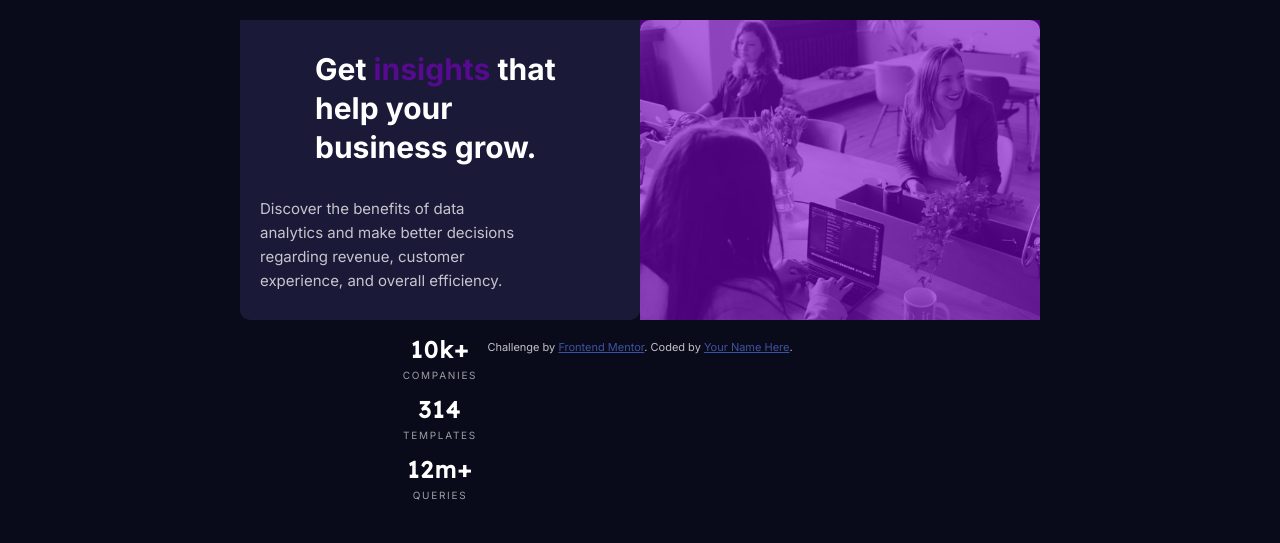
Repository: DejV44/stats-preview-card-component-main
Page: index.html
These files come from the project's save history. The page is drawn as it stood at one moment and after the next save; the edit follows.
The browser window is 1280 px wide. The pictures show the whole page.
The style sheet was rebuilt from its Sass, Less or Tailwind sources for each picture, by a compiler version that may differ from the author's.

Above is the page before, as saved 2021-07-09 13:02:46.

### index.html
<!DOCTYPE html>
<html lang="en">
<head>
  <meta charset="UTF-8">
  <meta name="viewport" content="width=device-width, initial-scale=1.0"> <!-- displays site properly based on user's device -->

  <link rel="icon" type="image/png" sizes="32x32" href="./images/favicon-32x32.png">
  <link rel="stylesheet" href="/css/style.css">


  <title>Frontend Mentor | Stats preview card component</title>
</head>
<body>
  <div class="container">
    <div class="picture">
      <div class="overlay"></div>
    </div>
    <div class="card">
      <h1>Get <span>insights</span> that <br>help your business grow.</h1>

      <p>Discover the benefits of data analytics and make better decisions regarding revenue, customer
      experience, and overall efficiency.</p>

      <ul>
        <li><span>10k+</span> companies</li>
        <li><span>314</span> templates</li>
        <li><span>12m+</span> queries</li>
      </ul>
    </div>
  </div>


  <div class="attribution">
    Challenge by <a href="https://www.frontendmentor.io?ref=challenge" target="_blank">Frontend Mentor</a>.
    Coded by <a href="#">Your Name Here</a>.
  </div>
</body>
</html>

### css/style.scss
$mainBackground: hsl(233, 47%, 7%);
$cardBackground: hsl(244, 38%, 16%);
$accent: hsla(277, 100%, 40%, 0.589);

$mainHeading: hsl(0, 0%, 100%);
$mainParagraph: hsla(0, 0%, 100%, 0.75);
$statHeadings: hsla(0, 0%, 100%, 0.6);

@import url("https://fonts.googleapis.com/css2?family=Inter:wght@400;700&display=swap");

@import url("https://fonts.googleapis.com/css2?family=Lexend+Deca&display=swap");

* {
  margin: 0;
  padding: 0;
  box-sizing: border-box;
}

body {
  font-family: "Inter", sans-serif;
  font-size: 15px;
  background-color: $mainBackground;

  .container {
    margin: 20px 30px;
    border-radius: 10px;
    .picture {

      border-radius: 10px 10px 0 0;
      background: url("/images/image-header-mobile.jpg");
      background-position: center;
      background-size: cover;
      background-repeat: no-repeat;
      height: 300px;

      .overlay {
        background-color: $accent;
        background-size: cover;
        height: 300px;
      }
    }

    .card {
        border-radius: 0 0 10px 10px;
        background: $cardBackground;
        text-align: center;

        h1 {
            margin: 0 auto;
            padding: 30px 25px;
            color: $mainHeading;
            text-align: center;
            line-height: 1.3;
            span {
                color: $accent;
                line-height: 1.3;
            }
        }
        p {
          color: $mainParagraph;
          padding: 0 20px 20px 20px;
          margin-bottom: 15px;
          line-height: 24px;
        }

        ul {
          padding-bottom: 15px;
          font-size: 10px;
          letter-spacing: 1.7px;
          color: $statHeadings;
          li {
            list-style: none;
            text-transform: uppercase;
            padding: 7px 0;


            span {
              padding-bottom: 5px;
              display: block;
              text-transform: lowercase;
              font-family: "lexend Deca" ,sans-serif;
              font-weight: 700;
              font-size: 23px;
              color: $mainHeading;
            }
          }
        }
    }
  }

  .attribution {
    font-size: 11px;
    text-align: center;
    color: $mainParagraph;

    a {
      color: hsl(228, 45%, 44%);
    }
  }
}

@media (min-width:768px) {
  body {



    .container {
      display: flex;
      flex-direction: row-reverse;
      justify-content: center;
      flex-wrap: nowrap;

      .picture {
        flex-grow: 0;
        align-content: flex-end;
        width: 400px;

      }

      .card {

        max-height: 300px;
        width: 400px;

        h1, p {
          text-align: left;
          max-width: 300px;
        }

      }
    }
  }
}

After the next save:
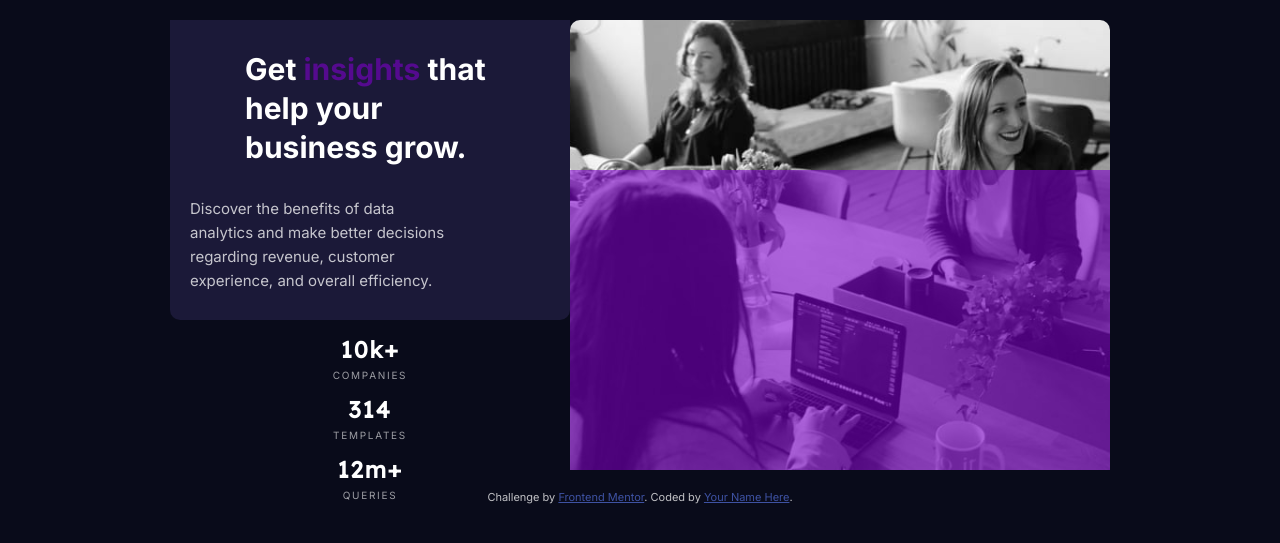
Saved 2 min 16 s later.
--- a/css/style.scss
+++ b/css/style.scss
@@ -113,7 +113,8 @@ body {
       .picture {
         flex-grow: 0;
         align-content: flex-end;
-        width: 400px;
+        width: 540px;
+        height: 450px;
 
       }
 
